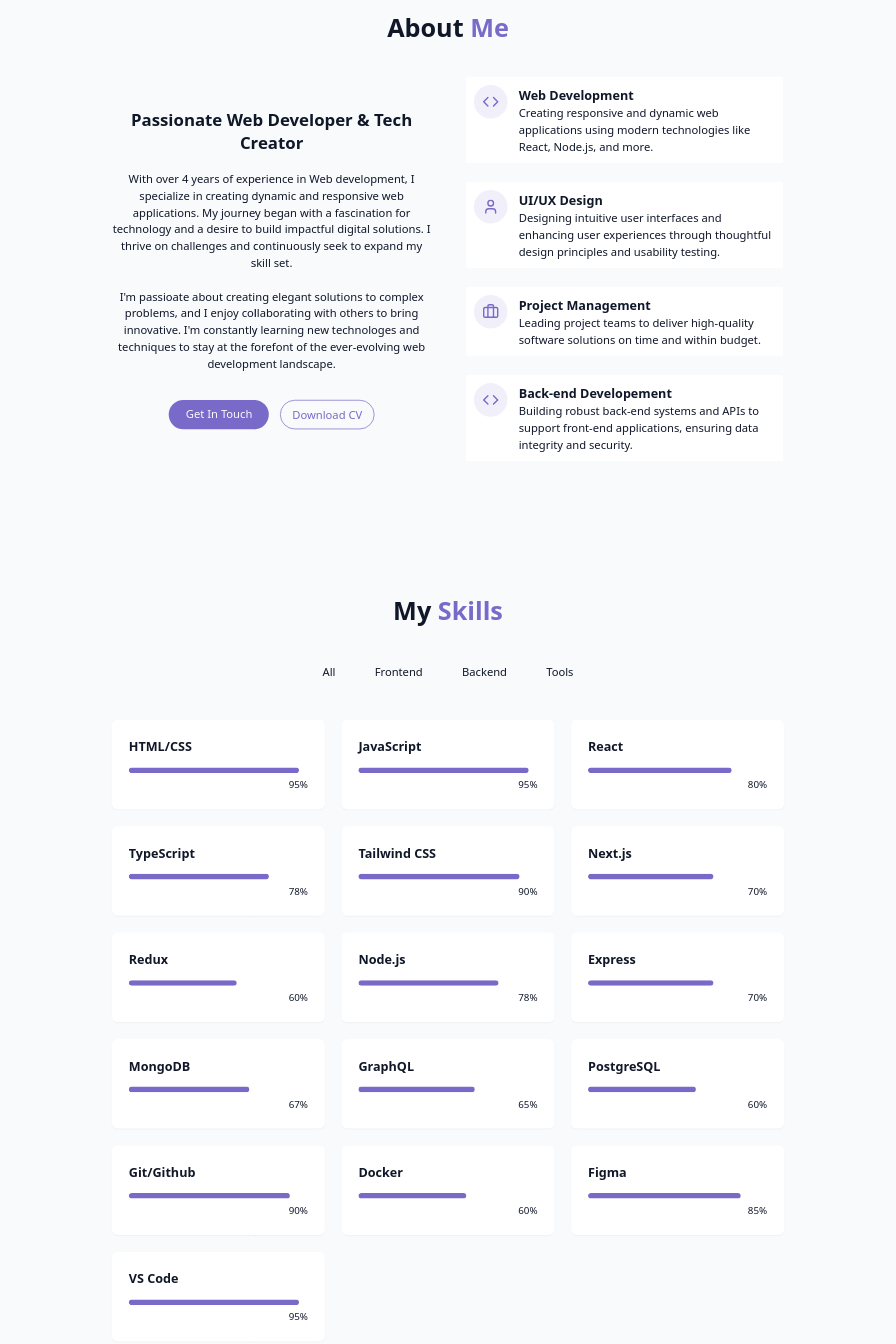
Repository: mOzariffard/Portfolio
Page: /
An editor plug-in stored every save of this project. The page is shown before and after the next save, followed by the edit.
The browser window is 1280 px wide. The pictures show the part of the page from y = 795 to 2715 px (the page is 2808 px tall), at 70% of full size.
The project was rebuilt for these pictures with package versions that can differ from the ones it lists, and the page was loaded fresh each time. Also part of the build but not shown: vite.config.js, src/pages/NotFound.jsx.

Above is the page before, as saved 2025-06-29 18:14:17.

After the next save:
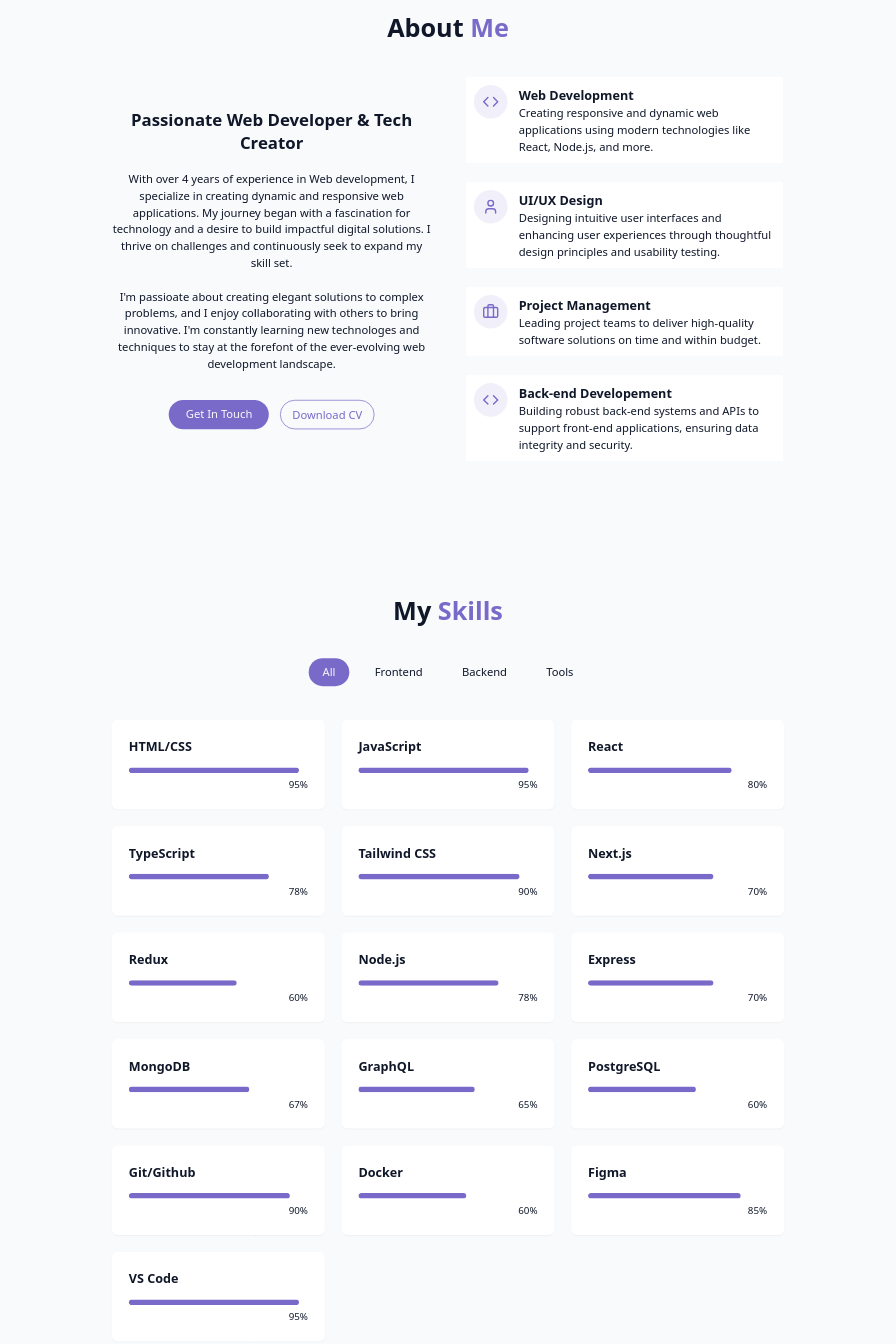
Saved 3 min 33 s later.
--- a/src/components/SkillsSection.jsx
+++ b/src/components/SkillsSection.jsx
@@ -43,7 +43,10 @@ const SkillsSection = () => {
 
             <div className='flex flex-wrap justify-center gap-4 mb-12'>
                 {categoreis.map((category, index)=>(
-                    <button key={index} onClick={() => SetActiveCategory(category)} className={cn('px-5 py-2 rounded-full transition-colors duration-300 capitalize')}> {category} </button>
+                    <button key={index} onClick={() => SetActiveCategory(category)}
+                        className={cn('px-5 py-2 rounded-full transition-colors duration-300 capitalize',
+                            activeCategory === category ? 'bg-primary text-primary-foreground' : 'bg-secondary/70 text-forefound hover:bg-secondary'
+                    )}> {category} </button>
                 ))}
             </div>
 
